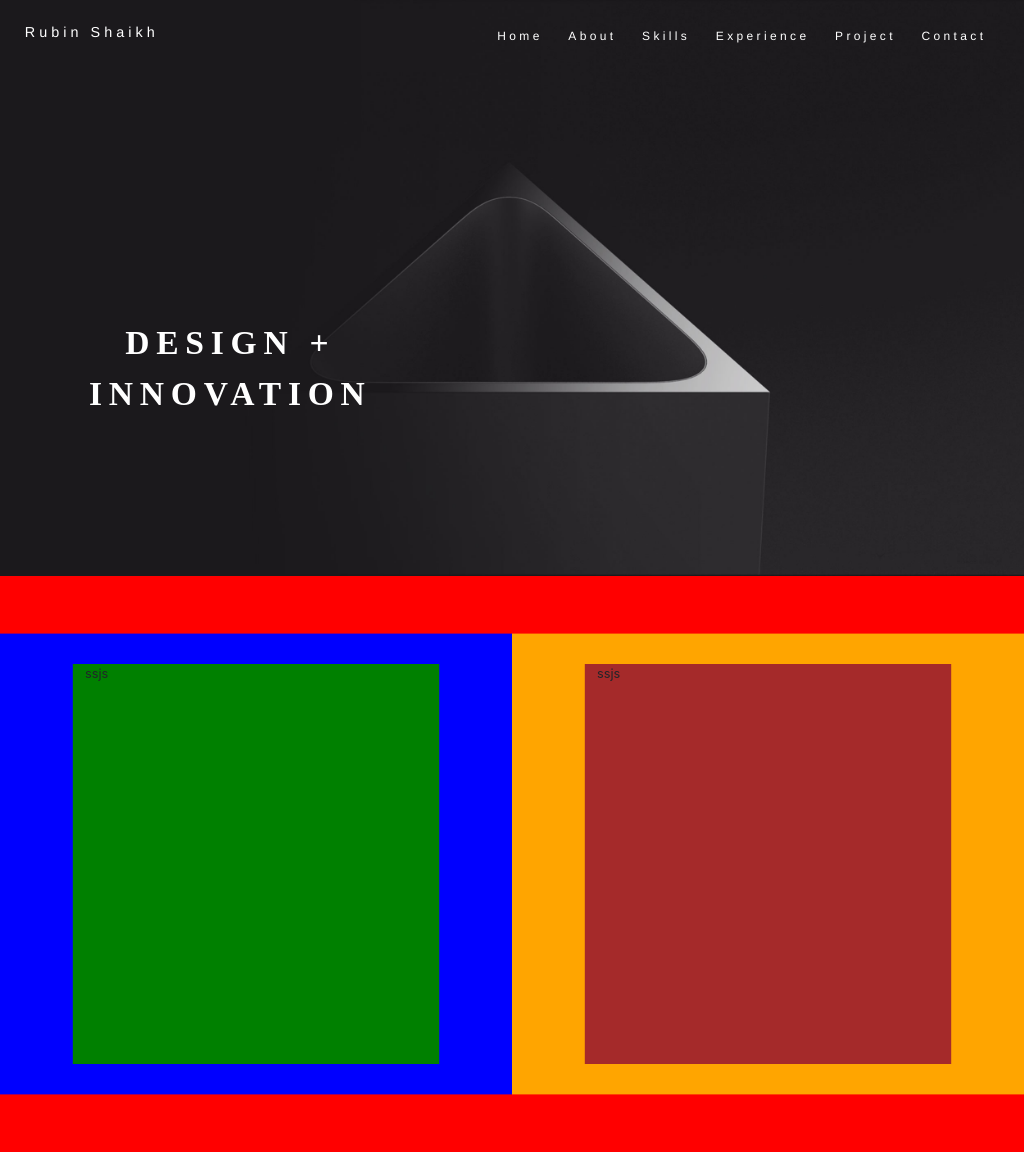
Repository: Rubin78/My-Portfolio
Page: /second
An editor plug-in stored every save of this project. The page is shown before and after the next save, followed by the edit.
The browser window is 1280 px wide. The pictures show the whole page, at 80% of full size.
The project was rebuilt for these pictures with package versions that can differ from the ones it lists, and the page was loaded fresh each time. Also part of the build but not shown: src/components/First/First.module.css, src/components/First/First.js, src/components/Third.js.

Above is the page before, as saved 2020-07-21 19:44:54.

### src/App.js
import React from 'react';

// import './App.css';

import { BrowserRouter as Router, Switch, Route } from "react-router-dom";
import First from './components/First/First';
import Second from './components/Second';
import Third from './components/Third';
function App() {
  return (
    <Router>
        <div className="App">

          <Switch>
            <Route exact path="/" component={First} />
            <Route exact path="/second" component={Second} />
            <Route exact path="/third" component={Third} />



            <Route render={() => <h2>404 Page Not Found</h2>} />
          </Switch>
        </div>
      </Router>
  );
}

export default App;

### src/components/Second.js
// import React, { Component } from 'react';
// import { Link } from "react-router-dom";
// class Second extends Component {
//     render() {
//         console.log(this.props);
//         return (




//             <div>
//                 <Link to="/third" >Go to the third page</Link>

//         <div>{this.props.location.state}</div>
//             </div>
//         );
//     }
// }

// export default Second;








import React, { useState } from 'react';
import {
  Collapse,
  Navbar,
  NavbarToggler,
  NavbarBrand,
  Nav,
  NavItem,
  NavLink,
  UncontrolledDropdown,
  DropdownToggle,
  DropdownMenu,
  DropdownItem,
  NavbarText
} from 'reactstrap';
import { Container, Row, Col} from 'reactstrap';
import styles  from '../components/Second.css'
import hero1 from '../assests/hero1.jpg';
import { Hidden } from '@material-ui/core';


const Example = (props) => {
  const [isOpen, setIsOpen] = useState(false);

  const toggle = () => setIsOpen(!isOpen);

  return (
<div>
    <Container fluid  className="containerBody2" style={{  backgroundImage:`url(${hero1})`,backgroundColor:'red'}} >
    <div style={{backgroundColor:'transparent',height:90,display:'flex'}}>


      <Navbar color="red" light expand="md"  style={{display:'flex',flex:1,position:'sticky'}} >
        <NavbarBrand href="/"><h4  className="textheader1" >Rubin Shaikh</h4></NavbarBrand>
        <NavbarToggler onClick={toggle} style={{color:'white',backgroundColor:'#F5F5F5'}} />
        <Collapse isOpen={isOpen} navbar >
          <Nav className="mr-auto" navbar>



         </Nav>

         <NavLink  href="/components/"  className="textheader" >Home</NavLink>
         <NavLink href="/components/" className="textheader">About</NavLink>
          <NavLink href="/components/" className="textheader">Skills</NavLink>
          <NavLink href="/components/" className="textheader">Experience</NavLink>
          <NavLink href="/components/" className="textheader">Project</NavLink>
          <NavLink href="/components/" className="textheader">Contact</NavLink>
        </Collapse>
      </Navbar>
    </div>


<Col sm="5"  style={{ display:'flex',flex:1,
alignItems:'space-between',justifyContent:'center',paddingLeft:40,}}>
<div style={{display:'flex',height:450,flexDirection:'column',justifyContent:'flex-end',alignItems:'flex-start',marginBottom:20,}} >

    <div style={{color:'white',fontSize:42,textAlign:'center',fontFamily:"Patua One",fontWeight:"bolder",letterSpacing:'.20em'}} >
    {/* <div style={{color:'#ffffff',fontSize:15,textAlign:"left",letterSpacing:'.1em',paddingLeft:60}}>HELLO,</div> */}

      DESIGN +
   <p style={{paddingBottom:-15}}>INNOVATION</p></div>
    {/* <button onClick={this.submitHandler} >go to second page</button> */}
    </div>
</Col>
    </Container>


<Container fluid  className="container2">
<Row >
        <Col md="6" sm="6" className="container2column" style={{backgroundColor:"blue"}} >

          <Col sm="9" classID="container2insider" style={{backgroundColor:'green',height:500}}>
            ssjs
            </Col>
        </Col>
        <Col md="6" sm="6" className="container2column"  style={{backgroundColor:"orange  "}}>


        <Col sm="9" classID="container2insider" style={{backgroundColor:'brown',height:500}}>
            ssjs
            </Col>
        </Col>



      </Row>
</Container>

    </div>
  );
}

export default Example;

### src/components/Second.css

.containerBody2{



    background-position: center;
    background-size: cover;
    background-repeat: 'no-repeat';
    height: 100vh;
    width: calc(100vw -12px);
    overflow: hidden;
    position: relative;
background-color: black;

}


.container2{

    height: 100vh;
    width: calc(100vw -12px);
    overflow: hidden;
    background-color: red;

position: relative;

align-items: center;
display: flex;
}


.textheader{


  color: white;
  font-size: 15px;
font-family: "Gotham-Medium","Helvetica Neue","sans-serif";
letter-spacing: .28em;
}



.textheader1{


    color: white;
    font-size: 18px;
  font-family: "Gotham-Medium","Helvetica Neue","sans-serif";
  letter-spacing: .28em;
  }




.textcolor{
font-size: 45px;
margin-bottom: 20px;
letter-spacing: -1px;
font-family: "Gotham-Bold","Helvetica Neue",sans-serif;


background-color: red;


}


.container2row{

display: flex;
flex: 1;

justify-content: center;
align-items: center;
height: 100vh;
background-color: blue;

}


.container2column{

    height: 80vh;
    width: 100vw;
    background-color: green;
    display: flex;
    justify-content: center;
    align-items: center;
}

Loaded but not shown: public/index.html (common file); src/index.js (common file); src/index.css (common file); src/serviceWorker.js (common file)

After the next save:
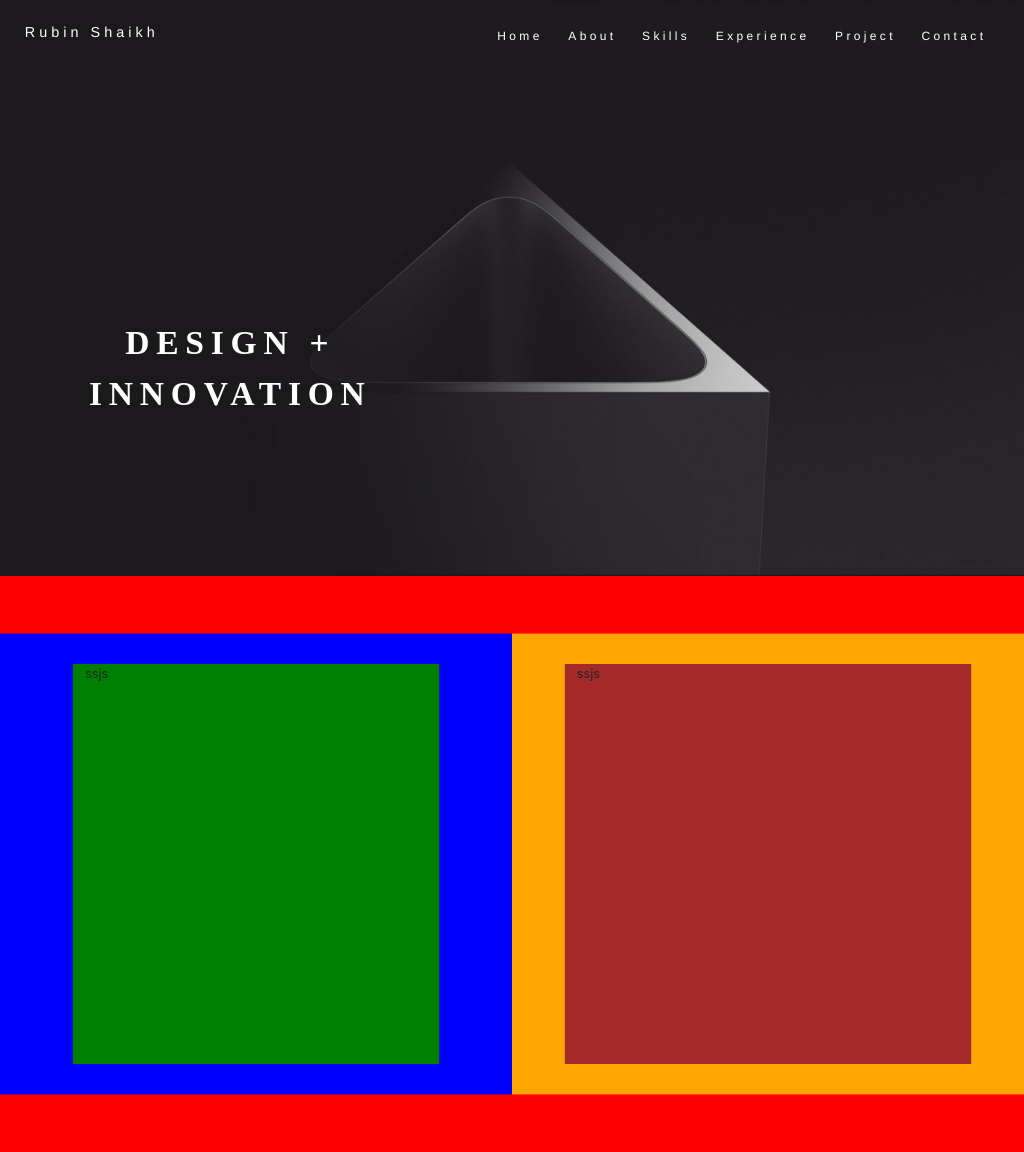
Saved 14 s later.
--- a/src/components/Second.js
+++ b/src/components/Second.js
@@ -105,7 +105,7 @@
         <Col md="6" sm="6" className="container2column"  style={{backgroundColor:"orange  "}}>
 
 
-        <Col sm="9" classID="container2insider" style={{backgroundColor:'brown',height:500}}>
+        <Col sm="10" classID="container2insider" style={{backgroundColor:'brown',height:500}}>
             ssjs
             </Col>
         </Col>
